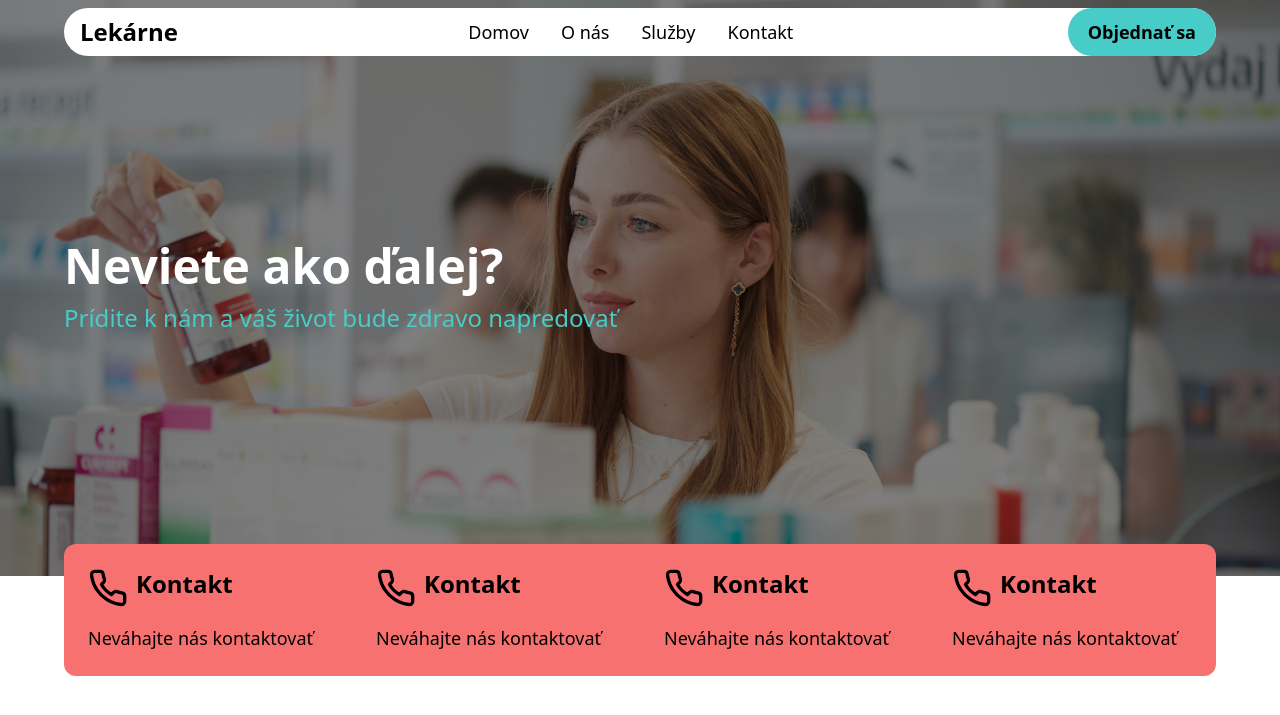
Repository: SimonSkoda13/Lekaren
Page: /
An editor plug-in stored every save of this project. The page is shown before and after a run of saves, followed by the edit.
The browser window is 1280 px wide. The pictures show the whole page.
The project was rebuilt for these pictures with package versions that can differ from the ones it lists, and the page was loaded fresh each time. The framework's server and built-in components were replaced by stand-ins that run in the browser. Also part of the build but not shown: next.config.js.

Above is the page before, as saved 2023-04-22 17:42:49.

After the next 2 saves:
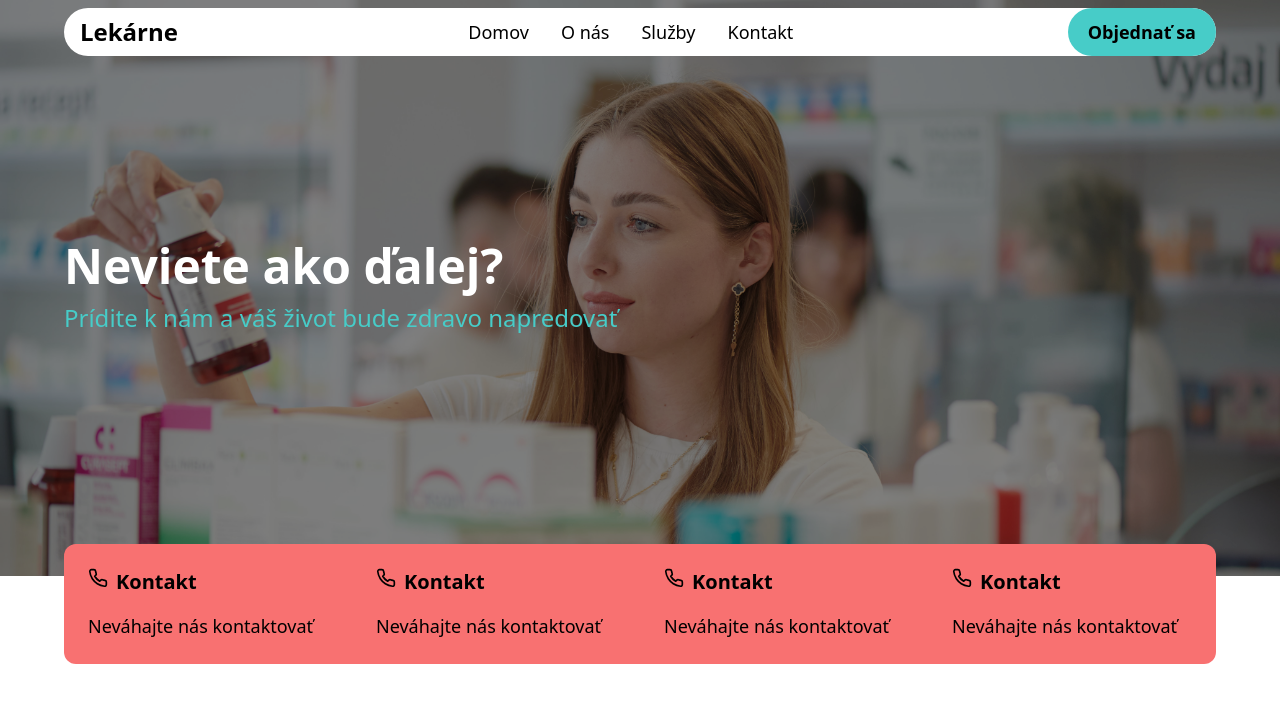
The 2 saves are shown as one change because 1 did not build or start.
The last was saved 20 s later.
--- a/src/app/components/Contact/Contact.tsx
+++ b/src/app/components/Contact/Contact.tsx
@@ -24,8 +24,8 @@ export const Contact = (props: ContactProps) => {
             height={100}
           /> */}
             <div className="flex flex-row gap-2">
-              <Phone size={40} />
-              <h2 className="text-2xl font-bold">{item.title}</h2>
+              <Phone size={20} />
+              <h2 className="text-xl font-bold">{item.title}</h2>
             </div>
             <p className="text-lg font-medium">{item.description}</p>
           </div>
